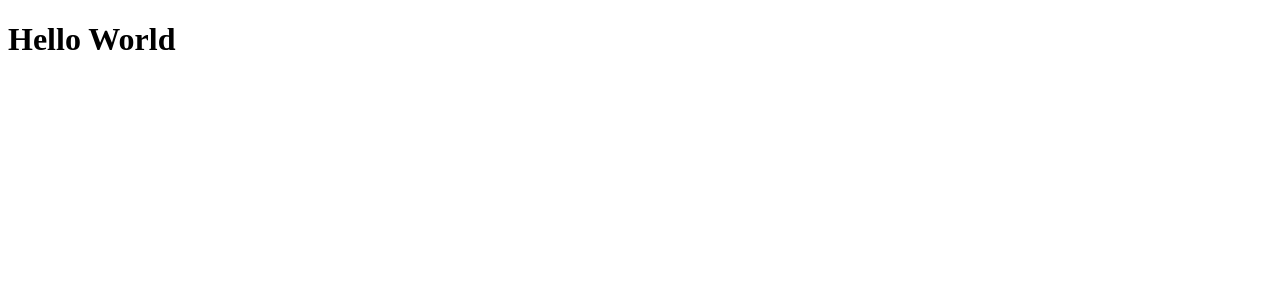
Repository: DeAthBo/nuxt-serverless-rating
Page: /
These files come from the project's save history. The page is drawn as it stood at one moment and after the next save; the edit follows.
The browser window is 1280 px wide. The pictures show the whole page.
The project was rebuilt for these pictures with package versions that can differ from the ones it lists, and the page was loaded fresh each time. The framework's server and built-in components were replaced by stand-ins that run in the browser. Also part of the build but not shown: nuxt.config.ts.

Above is the page before, as saved 2023-06-15 15:14:12.

After the next save:
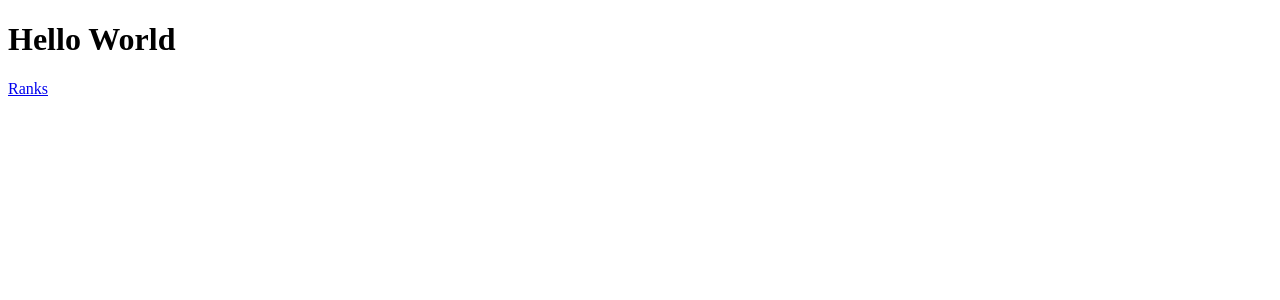
Saved 5 s later.
--- a/pages/index.vue
+++ b/pages/index.vue
@@ -1,5 +1,5 @@
 <script setup lang="ts"></script>
 <template lang="pug">
 h1 Hello World
-nuxt-link(to="ranks")
+nuxt-link(to="ranks") Ranks
 </template>
